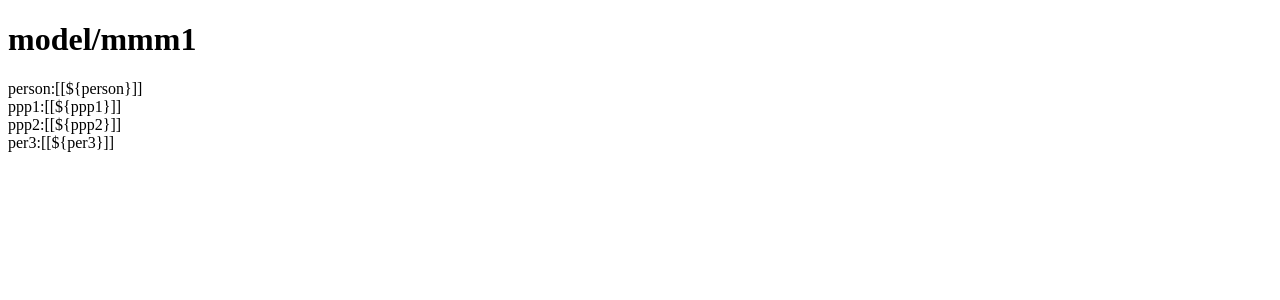
Repository: Yousehyeon/spring_work
Page: stsMvcProj/src/main/webapp/views/model/mmm1.html
These files come from the project's save history. The page is drawn as it stood at one moment and after the next save; the edit follows.
The browser window is 1280 px wide. The pictures show the whole page.

Above is the page before, as saved 2023-08-23 07:05:50.

### stsMvcProj/src/main/webapp/views/model/mmm1.html
<!DOCTYPE html>
<html>
<head>
<meta charset="UTF-8">
<title>model/mmm1</title>
</head>
<body>
<h1>model/mmm1</h1>
person:[[${person}]]<br/>
ppp1:[[${ppp1}]]<br/>
ppp2:[[${ppp2}]]<br/>
per3:[[${per3}]]<br/>
</body>
</html>

After the next save:
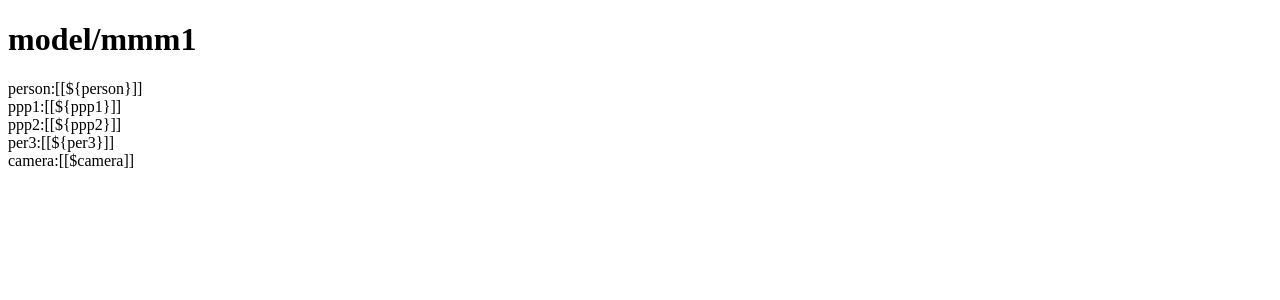
Saved 6 min 11 s later.
--- a/stsMvcProj/src/main/webapp/views/model/mmm1.html
+++ b/stsMvcProj/src/main/webapp/views/model/mmm1.html
@@ -10,5 +10,6 @@
 ppp1:[[${ppp1}]]<br/>
 ppp2:[[${ppp2}]]<br/>
 per3:[[${per3}]]<br/>
+camera:[[$camera]]
 </body>
 </html>
